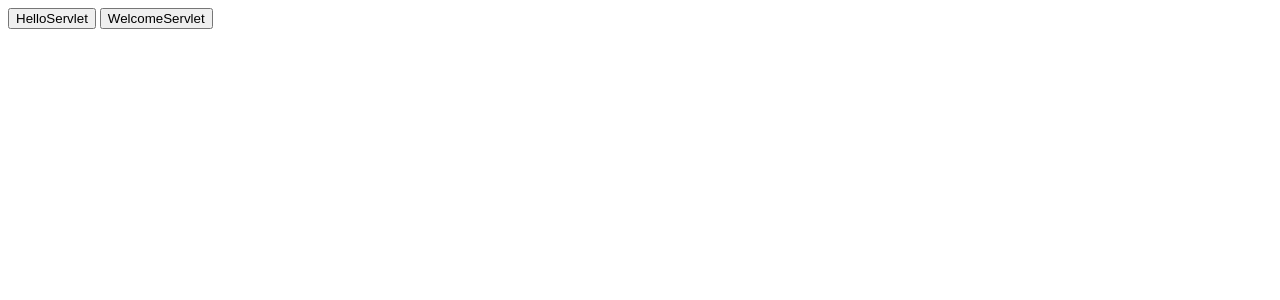
Repository: hmori696/test
Page: http://localhost/HelloServlet/
These files come from the project's save history. The page is drawn as it stood at one moment and after the next save; the edit follows.
The browser window is 1280 px wide. The pictures show the whole page.
The page is served by Tomcat 9.

Above is the page before, as saved 2019-08-28 11:23:15.

After the next save:
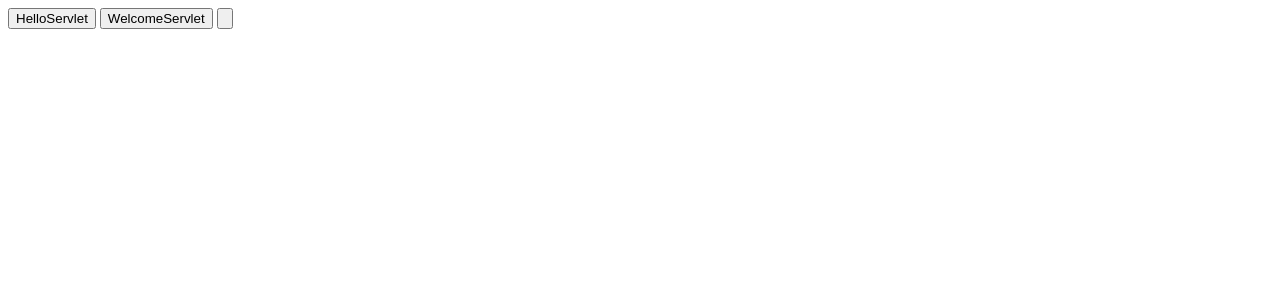
Saved 2 min 38 s later.
--- a/HelloServlet/WebContent/index.jsp
+++ b/HelloServlet/WebContent/index.jsp
@@ -9,6 +9,6 @@
 <body>
 <input type="button"value="HelloServlet"onClick="location.href='HelloServlet'">
 <input type="button"value="WelcomeServlet"onClick="location.href='welcome.jsp'">
-
+<input type="button"
 </body>
 </html>
